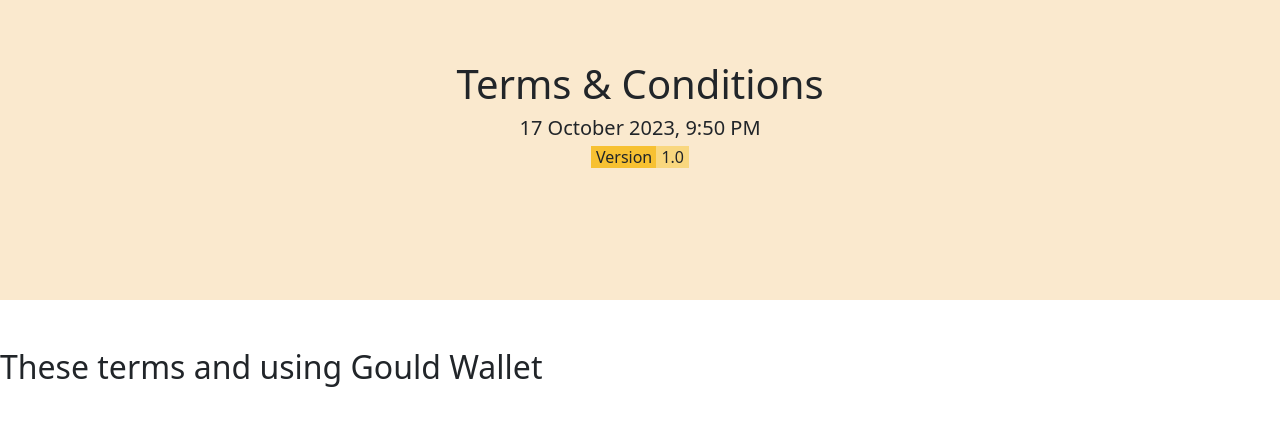
Repository: injectGroup/github.io
Page: terms.html
These files come from the project's save history. The page is drawn as it stood at one moment and after the next save; the edit follows.
The browser window is 1280 px wide. The pictures show the whole page.

Above is the page before, as saved 2023-11-30 07:31:44.

### terms.html
<!doctype html>
<html lang="en">

<head>
    <meta charset="utf-8">
    <meta name="viewport" content="width=device-width, initial-scale=1">
    <title>Bootstrap demo</title>
    <!-- GOULD CUSTOM CSS-->
    <link rel="stylesheet" href="/gouldwalletlegal/css/gouldcustom.css">
    <!--- BOOTSTRAP CDN -->
    <link href="https://cdn.jsdelivr.net/npm/bootstrap@5.3.2/dist/css/bootstrap.min.css" rel="stylesheet"
        integrity="sha384-T3c6CoIi6uLrA9TneNEoa7RxnatzjcDSCmG1MXxSR1GAsXEV/Dwwykc2MPK8M2HN" crossorigin="anonymous">
</head>

<body>
    <!-- Content here -->
    <div class="container-fluid text-center terms-content">
        <div class="row align-items-center">
            <div class="col align-self-center">
                <h1 class="text-center">
                    Terms & Conditions
                </h1>
            </div>
        </div>
        <div class="row align-items-center">
            <h5 class="version-date">
                17 October 2023, 9:50 PM
            </h5>
            <div class="col align-self-center">
                <h6 class="text-center">
                    <span class="version">Version</span>
                    <span class="version-number">1.0</span>
                </h6>
            </div>

        </div>
    </div>
    <!-- BODY -->
    <div class="container- mt-5">
        <h2>These terms and using Gould Wallet</h2>
    </div>
    <!-- BOOTSTRAP JS-->
    <script src="https://cdn.jsdelivr.net/npm/bootstrap@5.3.2/dist/js/bootstrap.bundle.min.js"
        integrity="sha384-C6RzsynM9kWDrMNeT87bh95OGNyZPhcTNXj1NW7RuBCsyN/o0jlpcV8Qyq46cDfL"
        crossorigin="anonymous"></script>
</body>

</html>

### gouldwalletlegal/css/gouldcustom.css
/*
 *AUTHOR: Abdulkadir Mohammed @ Inject
 *DATE: Wed 29 November 2023
  *
 *This is a custom css for gould wallet.
 */
/*****************************
 *********** HEAD ***********
 *****************************/
.terms-content {
    background-color: #FAE9CE;
    padding: 16px 0px 16px 0px;
    height: 300px;
    width: 100%;
    padding-top: 60px;
    margin-right: auto;
    margin-left: auto;
    display: block;
    box-sizing: border-box;
}

.version {
    background-color: #F7C132;
    width: 100px;
    padding-left: 5px;
    padding-right: 5px;
    margin-right: -5px;
}

.version-number {
    background-color: #F9D77E;
    padding-left: 5px;
    padding-right: 5px;
}


/*****************************
  *********** BODY ***********
 *****************************/

/*****************************
 *********** FOOTER ***********
*****************************/

After the next save:
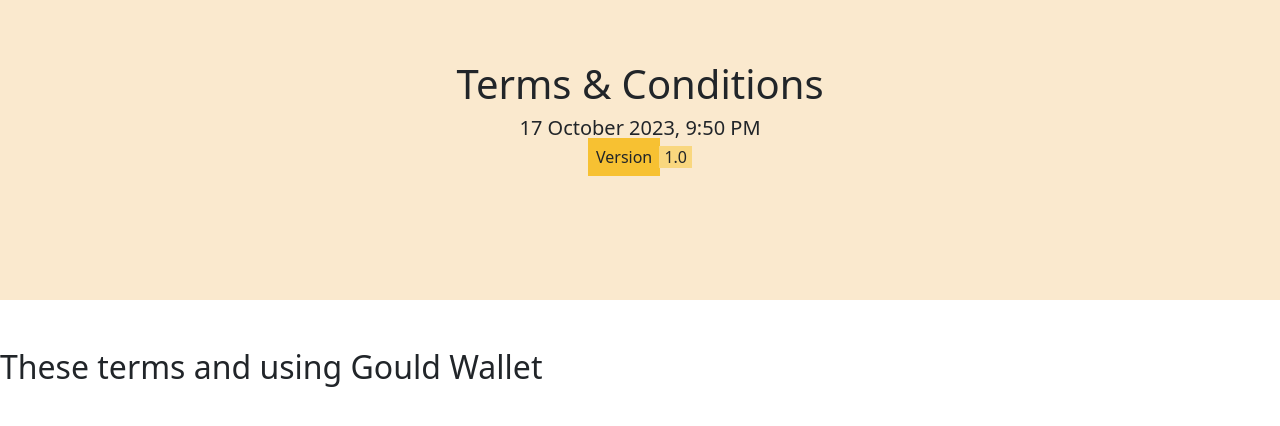
Saved 78 s later.
--- a/terms.html
+++ b/terms.html
@@ -28,7 +28,7 @@
             </h5>
             <div class="col align-self-center">
                 <h6 class="text-center">
-                    <span class="version">Version</span>
+                    <span class="version p-2">Version</span>
                     <span class="version-number">1.0</span>
                 </h6>
             </div>
